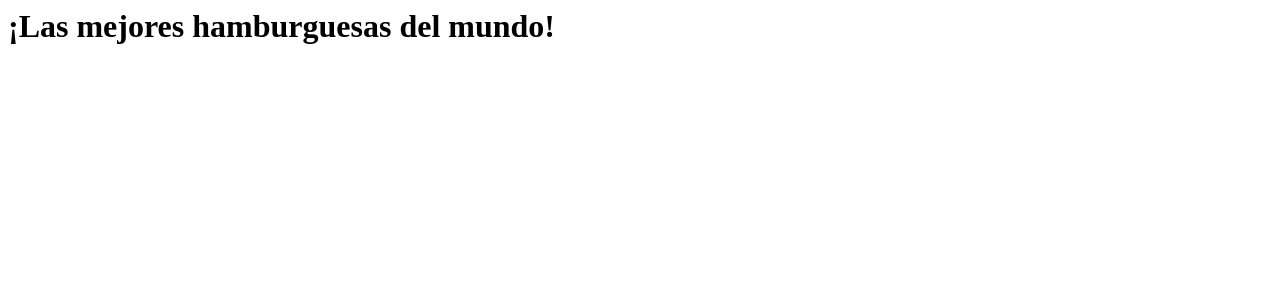
Repository: Andres250602/auth.django
Page: http://localhost/
An editor plug-in stored every save of this project. The page is shown before and after the next save, followed by the edit.
The browser window is 1280 px wide. The pictures show the whole page.
The page is served by the project's application, run on Django 5.2 (manage.py).

Above is the page before, as saved 2024-04-05 11:04:07.

After the next save:
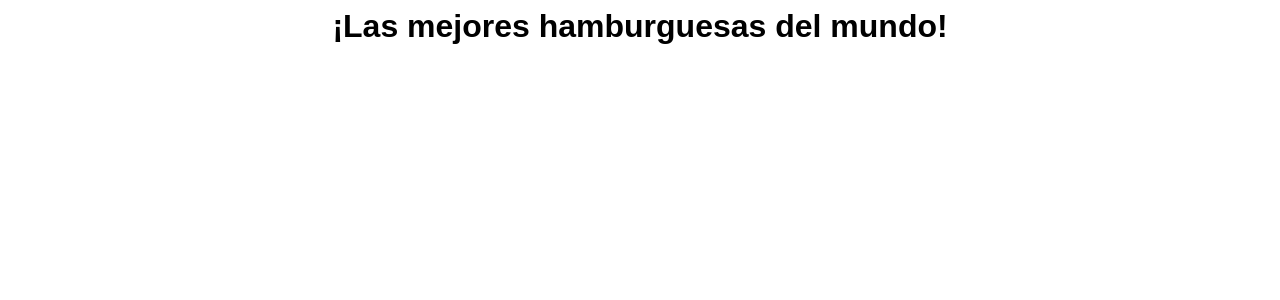
Saved 10 min 51 s later.
--- a/myapp/views.py
+++ b/myapp/views.py
@@ -1,4 +1,4 @@
 from django.http import HttpResponse
 # Create your views here.
 def hello(request):
-    return HttpResponse ("<h1>¡Las mejores hamburguesas del mundo!<h1>")
+    return HttpResponse ("<h1 style='font-family: Arial, sans-serif; text-align: center;'>¡Las mejores hamburguesas del mundo!<h1>")
